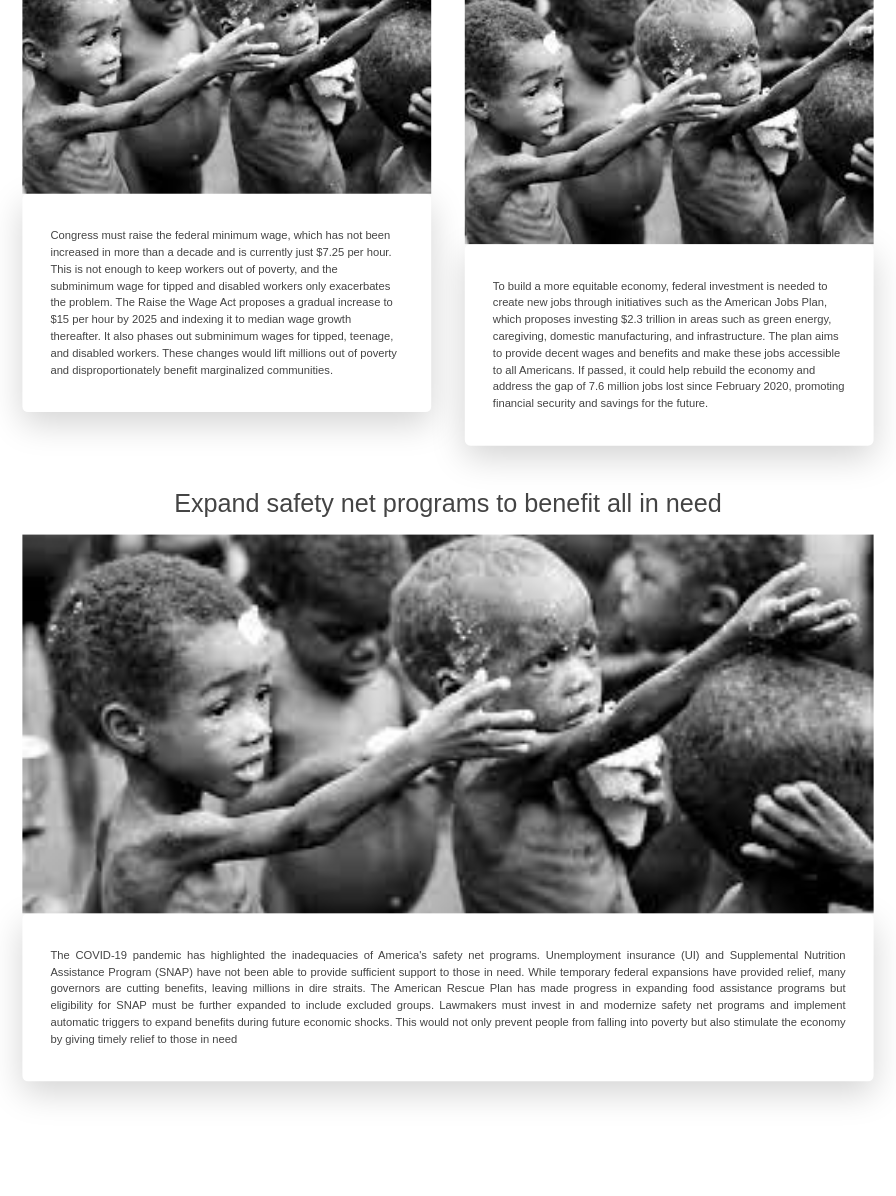
Repository: oscarhew/OSP_WIE2002
Page: solution.html
An editor plug-in stored every save of this project. The page is shown before and after the next save, followed by the edit.
The browser window is 1280 px wide. The pictures show the part of the page from y = 1804 to 3724 px (the page is 3513 px tall before and 3724 px after), at 70% of full size.
Some web fonts or font styles are not loaded; a fallback is used.

Above is the page before, as saved 2023-04-07 21:34:42.

After the next save:
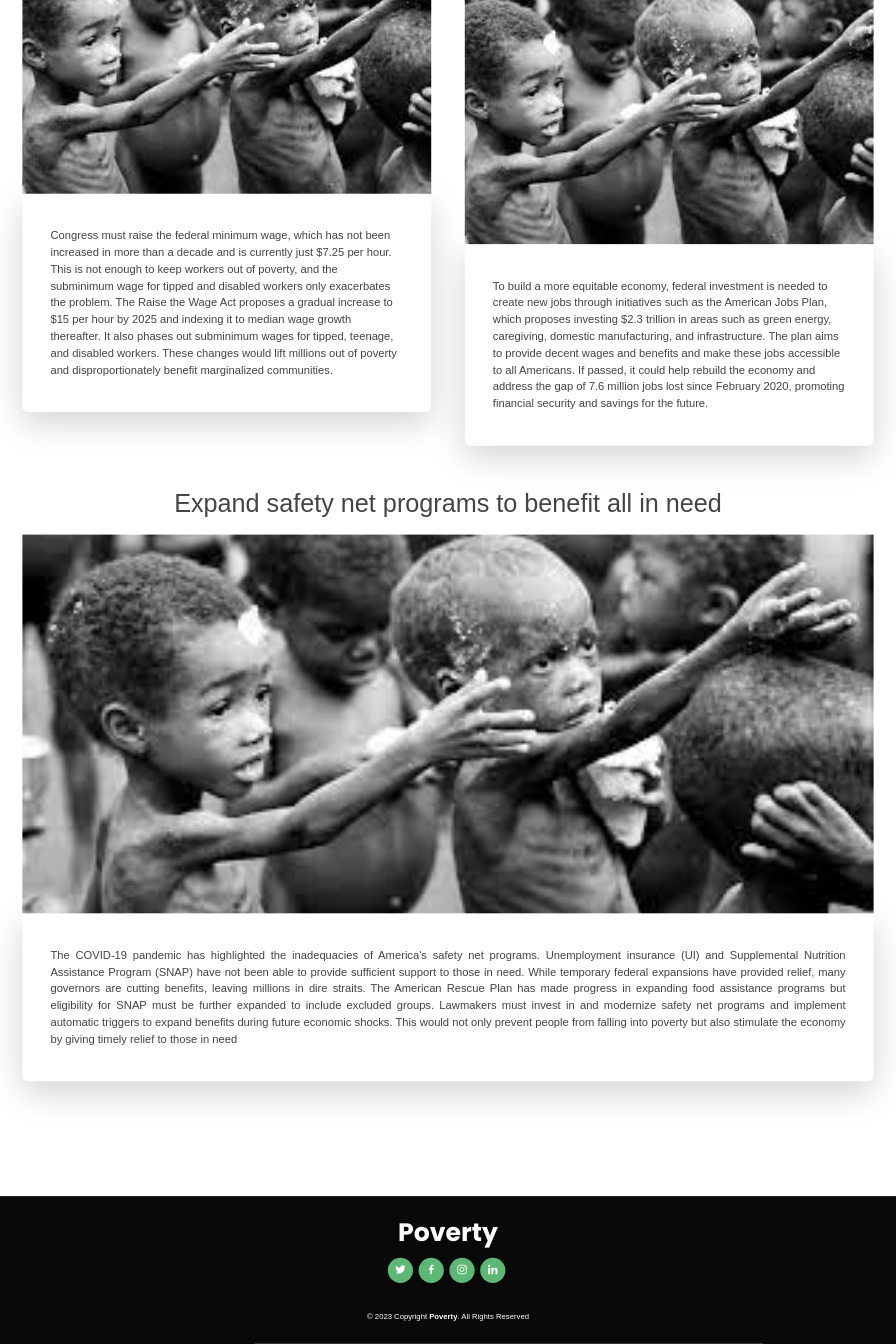
Saved 2 min 3 s later.
--- a/solution.html
+++ b/solution.html
@@ -199,4 +199,19 @@
     </div>
 </body>
 
+<footer id="footer" class="mt-auto">
+    <div class="container">
+        <h3>Poverty</h3>
+        <div class="social-links">
+            <a href="#" class="twitter"><i class="bx bxl-twitter"></i></a>
+            <a href="#" class="facebook"><i class="bx bxl-facebook"></i></a>
+            <a href="#" class="instagram"><i class="bx bxl-instagram"></i></a>
+            <a href="#" class="linkedin"><i class="bx bxl-linkedin"></i></a>
+        </div>
+        <div class="copyright">
+            &copy; 2023 Copyright <strong><span>Poverty</span></strong>. All Rights Reserved
+        </div>
+    </div>
+</footer>
+
 </html>
